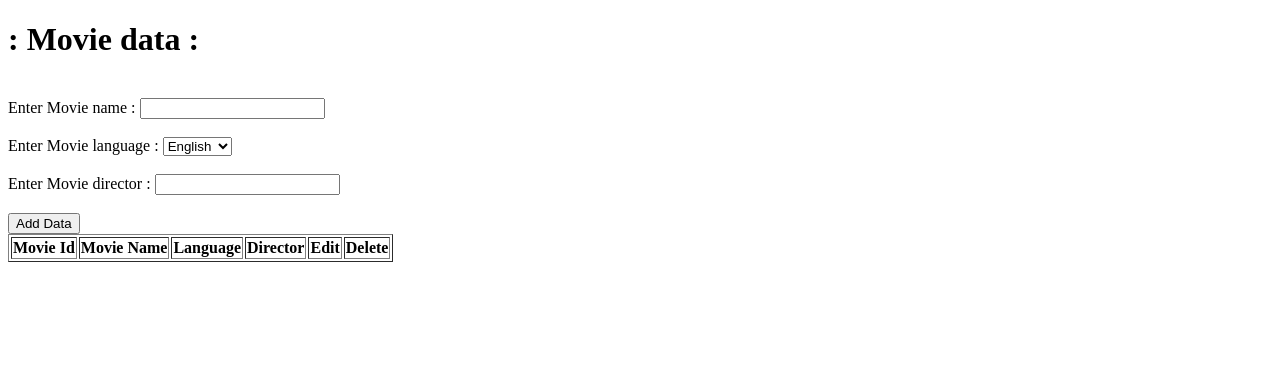
Repository: DivyeshVariya/einfochips_work
Page: http://localhost/Day25_Assignment/WEB-INF/view/home.jsp
An editor plug-in stored every save of this project. The page is shown before and after the next save, followed by the edit.
The browser window is 1280 px wide. The pictures show the whole page.
The page is served by Tomcat 9. Nobody is signed in. Other server files are loaded and not shown. The template is opened directly, without the code that normally fills it, so the values that code supplies are empty.

Above is the page before, as saved 2023-03-10 18:44:53.

### Day25_Assignment/Day25_Assignment/src/main/webapp/WEB-INF/view/home.jsp
<%@ page language="java" contentType="text/html; charset=ISO-8859-1"
	pageEncoding="ISO-8859-1"%>

<!DOCTYPE html>
<%@taglib prefix="c" uri="http://java.sun.com/jsp/jstl/core"%>
<html>
<head>
<meta charset="ISO-8859-1">
<title>Home Page</title>
</head>
<body>

		<h1>: Movie data :</h1>
		<br>
		<form action="adddata">
		Enter Movie name : <input type="text" name="mname" value=${mname}>
		<br><br>
		Enter Movie language : <select name="language" value=${language}>
		<option>English</option>
		<option>Hindi</option>
		<option>Gujarati</option>
		</select>
		<br><br>
		Enter Movie director : <input type="text" name="director" value=${director}>
		<br><br>
		<button type="submit">Add Data</button>
		</form>
		<table border="1">
			<tr>
				<th>Movie Id</th>
				<th>Movie Name</th>
				<th>Language</th>
				<th>Director</th>
				<th>Edit</th>
				<th>Delete</th>
			</tr>

			<c:forEach items="${movie}" var="m">
				<tr>
					<td>${m.mid}</td>
					<td>${m.mname}</td>
					<td>${m.language}</td>
					<td>${m.director}</td>
					<td><a href="update?mid=${m.mid}">Edit</a></td>
					<td><a href="delete?mid=${m.mid}">Delete</a></td>
				</tr>
			</c:forEach>
		</table>
		<h3>${m}</h3>
</body>
</html>

After the next save:
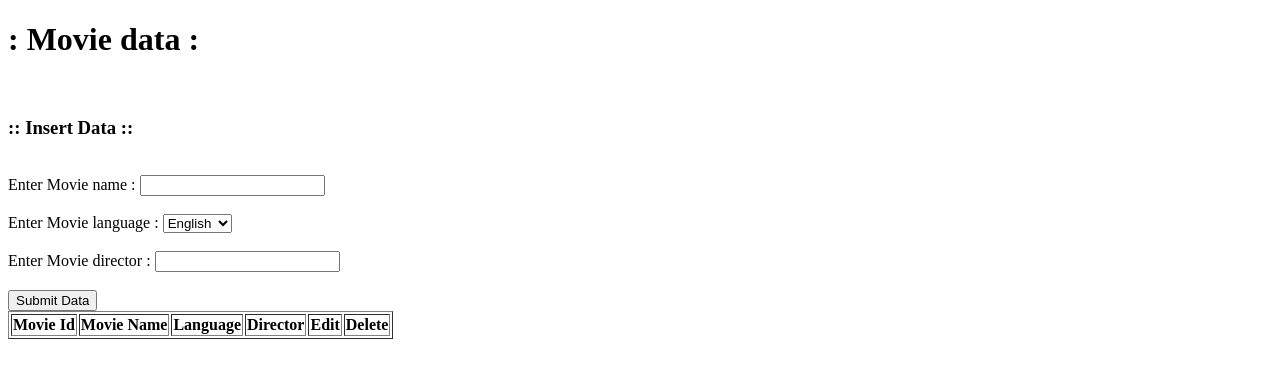
Saved 57 s later.
--- a/Day25_Assignment/Day25_Assignment/src/main/webapp/WEB-INF/view/home.jsp
+++ b/Day25_Assignment/Day25_Assignment/src/main/webapp/WEB-INF/view/home.jsp
@@ -12,6 +12,8 @@
 
 		<h1>: Movie data :</h1>
 		<br>
+		<h3>:: Insert Data ::</h3>
+		<br>
 		<form action="adddata">
 		Enter Movie name : <input type="text" name="mname" value=${mname}>
 		<br><br>
@@ -23,7 +25,7 @@
 		<br><br>
 		Enter Movie director : <input type="text" name="director" value=${director}>
 		<br><br>
-		<button type="submit">Add Data</button>
+		<button type="submit">Submit Data</button>
 		</form>
 		<table border="1">
 			<tr>
